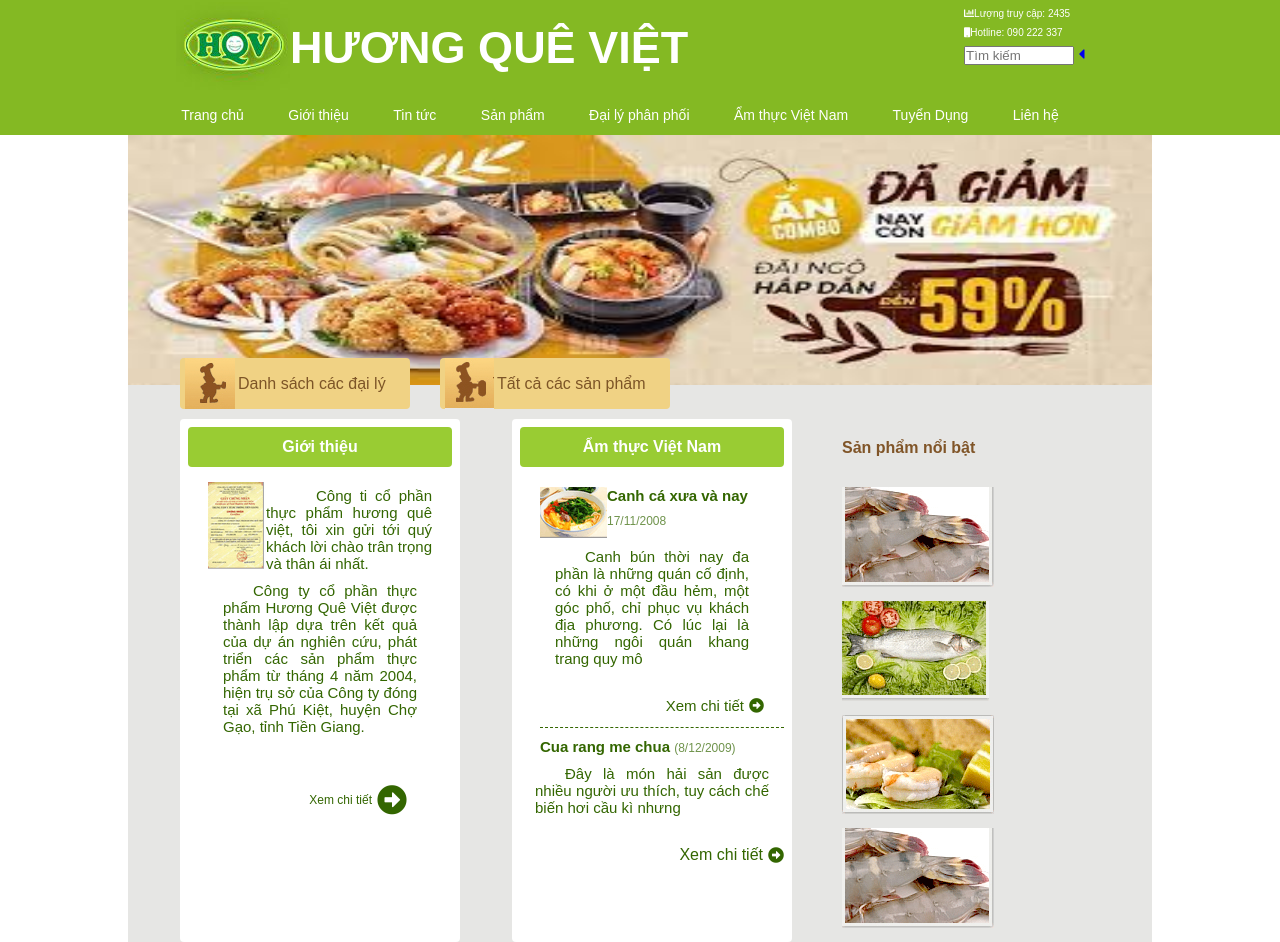
Repository: NgocTruong0701/Self_Learning
Page: html/practice/Baitapweb/index.html
These files come from the project's save history. The page is drawn as it stood at one moment and after the next save; the edit follows.
The browser window is 1280 px wide. The pictures show the whole page.

Above is the page before, as saved 2021-10-06 22:22:45.

After the next save:
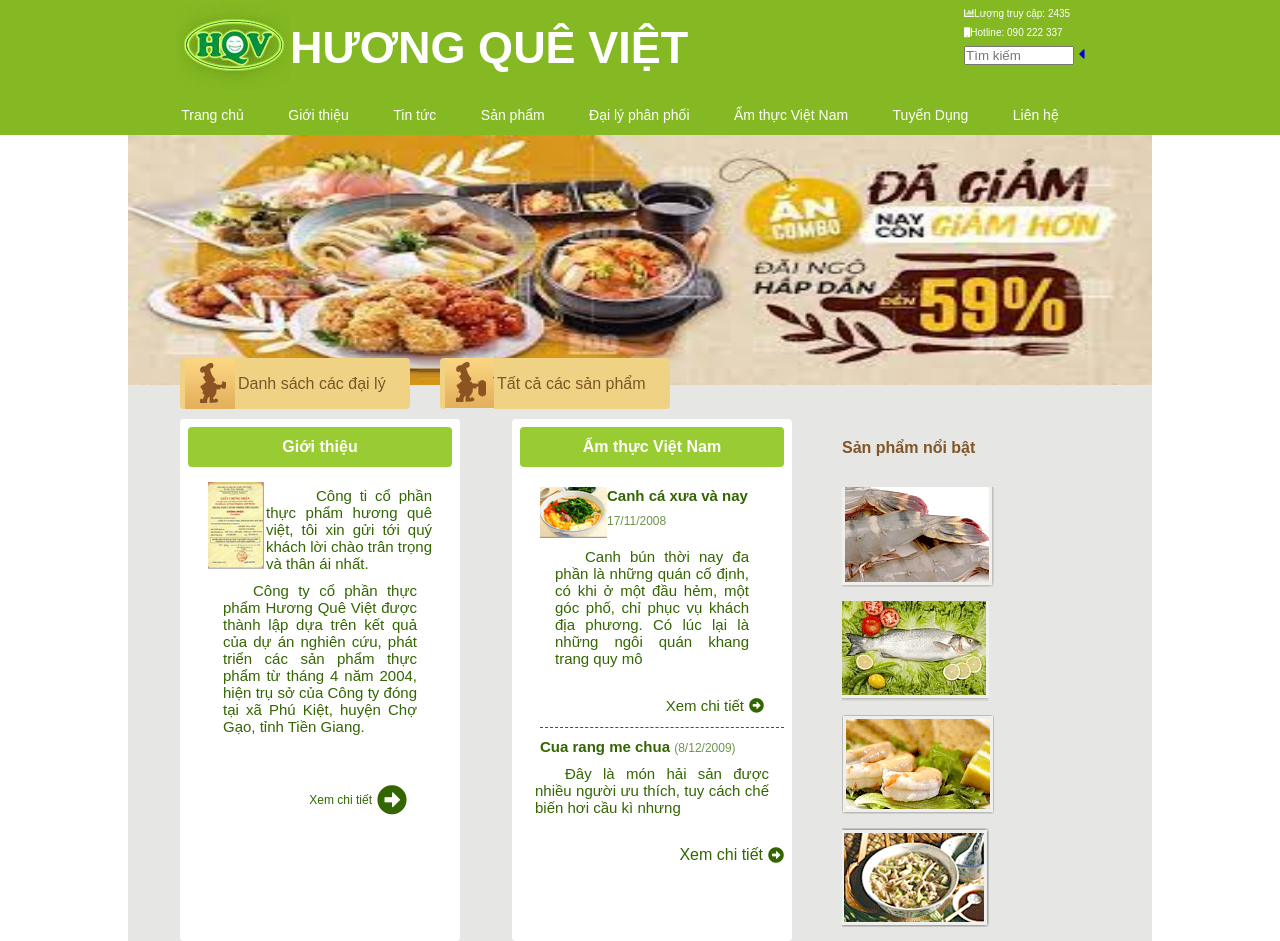
Saved 8 s later.
--- a/html/practice/Baitapweb/index.html
+++ b/html/practice/Baitapweb/index.html
@@ -166,7 +166,7 @@
                         <img src="./assets/pictures/product/BT1_16.gif" alt="one" class="img-introduce">
                         <img src="./assets/pictures/product/BT1_18.gif" alt="one" class="img-introduce">
                         <img src="./assets/pictures/product/BT1_24.gif" alt="one" class="img-introduce">
-                        <img src="./assets/pictures/product/BT1_16.gif" alt="one" class="img-introduce">
+                        <img src="./assets/pictures/product/BT1_25.gif" alt="one" class="img-introduce">
                     </div>
                 </div>
             </div>
